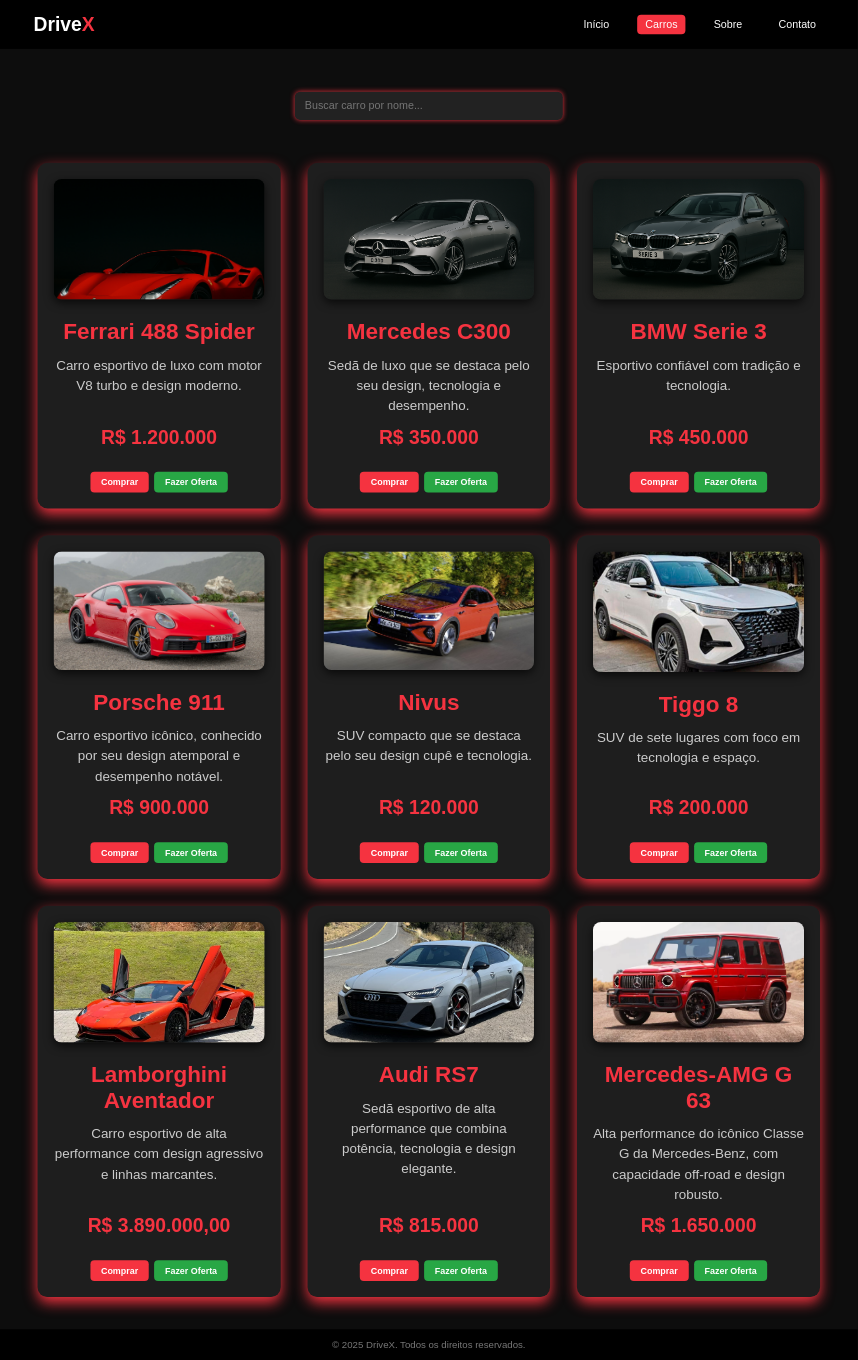
Repository: Mateushlp/DriveX
Page: carros.html
The author's editor kept a copy of each file at every save. The page is drawn from the files as they stood at one save, then again after the next save.
The browser window is 1280 px wide. The pictures show the whole page, at 67% of full size.

Above is the page before, as saved 2025-06-24 22:47:45.

### carros.html
<!DOCTYPE html>
<html lang="pt-br">
<head>
  <meta charset="UTF-8" />
  <meta name="viewport" content="width=device-width, initial-scale=1.0" />
  <title>DriveX - Carros Disponíveis</title>
  <link rel="stylesheet" href="carros.css" />
</head>
<body>
  <header>
    <div class="logo">
     <a href="./index.html">Drive<span>X</span></div></a>
    <nav>
      <ul>
        <li><a href="index.html">Início</a></li>
        <li><a href="carros.html" class="active">Carros</a></li>
        <li><a href="sobre.html">Sobre</a></li>
        <li><a href="contato.html">Contato</a></li>
      </ul>
    </nav>
  </header>

  <main>
    <section class="filtro" style="text-align:center; margin: 2rem 0;">
      <input type="text" id="filtro-carros" placeholder="Buscar carro por nome..." />
    </section>

    <section class="grid-carro">
<div class="card-carro">
  <img src="./img/ferrari.png" alt="Ferrari 488 Spider" />
  <h3>Ferrari 488 Spider</h3>
  <p>Carro esportivo de luxo com motor V8 turbo e design moderno.</p>
  <strong>R$ 1.200.000</strong>
  <div class="botoes-card">
    <button class="btn-encomenda" data-modelo="Ferrari 488 Spider">Comprar</button>
    <button class="btn-oferta" data-modelo="Ferrari 488 Spider">Fazer Oferta</button>
  </div>
</div>

<div class="card-carro">
  <img src="./img/ChatGPT Image 19 de jun. de 2025, 23_14_08.png" alt="Mercedes C300" />
  <h3>Mercedes C300</h3>
  <p>Sedã de luxo que se destaca pelo seu design, tecnologia e desempenho.</p>
  <strong>R$ 350.000</strong>
  <div class="botoes-card">
    <button class="btn-encomenda" data-modelo="Mercedes C300">Comprar</button>
    <button class="btn-oferta" data-modelo="Mercedes C300">Fazer Oferta</button>
  </div>
</div>

<div class="card-carro">
  <img src="./img/serie 3.png" alt="BMW Serie 3" />
  <h3>BMW Serie 3</h3>
  <p>Esportivo confiável com tradição e tecnologia.</p>
  <strong>R$ 450.000</strong>
  <div class="botoes-card">
    <button class="btn-encomenda" data-modelo="BMW Serie 3">Comprar</button>
    <button class="btn-oferta" data-modelo="BMW Serie 3">Fazer Oferta</button>
  </div>
</div>

<div class="card-carro">
  <img src="./img/Porsche-911.jpg" alt="911" />
  <h3>Porsche 911</h3>
  <p>Carro esportivo icônico, conhecido por seu design atemporal e desempenho notável.</p>
  <strong>R$ 900.000</strong>
  <div class="botoes-card">
    <button class="btn-encomenda" data-modelo="911">Comprar</button>
    <button class="btn-oferta" data-modelo="911">Fazer Oferta</button>
  </div>
</div>

<div class="card-carro">
  <img src="./img/nivus.jpg" alt="nivus" />
  <h3>Nivus</h3>
  <p>SUV compacto que se destaca pelo seu design cupê e tecnologia.</p>
  <strong>R$ 120.000</strong>
  <div class="botoes-card">
    <button class="btn-encomenda" data-modelo="nivus">Comprar</button>
    <button class="btn-oferta" data-modelo="nivus">Fazer Oferta</button>
  </div>
</div>

<div class="card-carro">
  <img src="./img/tiggo8pro.jpg" alt="tiggo8" />
  <h3>Tiggo 8</h3>
  <p>SUV de sete lugares com foco em tecnologia e espaço.</p>
  <strong>R$ 200.000</strong>
  <div class="botoes-card">
    <button class="btn-encomenda" data-modelo="tiggo8">Comprar</button>
    <button class="btn-oferta" data-modelo="tiggo8">Fazer Oferta</button>
  </div>
</div>

<div class="card-carro">
  <img src="./img/lamborghini.png" alt="aventador" />
  <h3>Lamborghini Aventador</h3>
  <p>Carro esportivo de alta performance com design agressivo e linhas marcantes.</p>
  <strong>R$ 3.890.000,00</strong>
  <div class="botoes-card">
    <button class="btn-encomenda" data-modelo="aventador">Comprar</button>
    <button class="btn-oferta" data-modelo="aventador">Fazer Oferta</button>
  </div>
</div>

<div class="card-carro">
  <img src="./img/audirs7.png" alt="audirs7" />
  <h3>Audi RS7</h3>
  <p>Sedã esportivo de alta performance que combina potência, tecnologia e design elegante.</p>
  <strong>R$ 815.000</strong>
  <div class="botoes-card">
    <button class="btn-encomenda" data-modelo="audirs7">Comprar</button>
    <button class="btn-oferta" data-modelo="audirs7">Fazer Oferta</button>
  </div>
</div>

<div class="card-carro">
  <img src="./img/g63.png" alt="g63" />
  <h3>Mercedes-AMG G 63</h3>
  <p>Alta performance do icônico Classe G da Mercedes-Benz, com capacidade off-road e design robusto.</p>
  <strong>R$ 1.650.000</strong>
  <div class="botoes-card">
    <button class="btn-encomenda" data-modelo="g63">Comprar</button>
    <button class="btn-oferta" data-modelo="g63">Fazer Oferta</button>
  </div>
</div>

      <!-- Adicione mais carros aqui -->
    </section>

    <!-- Modal para detalhes -->
    <div id="modal-detalhes" class="modal">
      <div class="modal-content">
        <span id="fechar-modal" class="fechar"></span>
        <h2 id="titulo-modal"></h2>
        <img id="img-modal" src="" alt="" style="max-width:100%; border-radius: 10px; margin-bottom: 1rem;" />
        <p id="descricao-modal"></p>
        <strong id="preco-modal"></strong>
      </div>
    </div>
  </main>

  <footer>
    <p>&copy; 2025 DriveX. Todos os direitos reservados.</p>
  </footer>

  <script src="carros.js"></script>
</body>
</html>

### carros.css
* {
  margin: 0;
  padding: 0;
  box-sizing: border-box;
}

body {
  font-family: 'Arial', sans-serif;
  background-color: #0d0d0d;
  color: #fff;
  min-height: 100vh;
  flex-direction: column;
}

header {
  display: flex;
  justify-content: space-between;
  align-items: center;
  padding: 20px 50px;
  background-color: #000;
}

a{
  text-decoration: none;
  color: #fff;
}

.logo {
  font-size: 1.8rem;
  font-weight: bold;
}

.logo span {
  color: #f53340;
}

nav ul {
  list-style: none;
  display: flex;
  gap: 30px;
}

nav a {
  color: #fff;
  text-decoration: none;
  font-size: 1rem;
}


.logo {
  font-size: 1.8rem;
  font-weight: bold;
  color: #fff;
}

.logo span {
  color: #f53340;
}

nav ul {
  list-style: none;
  display: flex;
  gap: 30px;
}

nav a {
  color: #fff;
  text-decoration: none;
  font-size: 1rem;
  padding: 6px 12px;
  border-radius: 6px;
  transition: background-color 0.3s ease;
}

nav a:hover,
nav a.active {
  background-color: #f53340;
  color: #fff;
}

main {
  display: grid;
  grid-template-columns: 2fr;
    padding: 2rem;
    gap: 2rem;
  padding: 2rem 1rem 3rem;
  max-width: 1200px;
  margin: 0 auto;
}


.filtro {
  text-align: center;
  margin-bottom: 3rem;
}

.filtro input[type="text"] {
  width: 90%;
  max-width: 400px;
  padding: 12px 15px;
  font-size: 1rem;
  border-radius: 8px;
  border: none;
  outline: none;
  box-shadow: 0 0 8px #f53340;
  background-color: #222;
  color: #fff;
  transition: box-shadow 0.3s ease;
}

.filtro input[type="text"]:focus {
  box-shadow: 0 0 15px #f53340;
}

.grid-carro {
  display: grid;
  grid-template-columns: repeat(auto-fill, minmax(320px, 1fr));
  gap: 2.5rem;
}

.card-carro {
  background: #1e1e1e;
  padding: 1.5rem;
  border-radius: 15px;
  box-shadow: 0 8px 20px #f53340;
  transition: transform 0.3s ease, box-shadow 0.3s ease;
  display: flex;
  flex-direction: column;
  align-items: center;
  height: 100%;
}

.card-carro:hover {
  transform: translateY(-8px);
  box-shadow: 0 12px 35px #f53340;
}

.card-carro img {
  width: 100%;
  max-height: 180px;
  object-fit: cover;
  border-radius: 12px;
  margin-bottom: 1.2rem;
  box-shadow: 0 5px 15px rgba(0,0,0,0.7);
}

.card-carro h3 {
  font-size: 2.1rem;
  color: #f53340;
  margin-top: 0.6rem;
  text-align: center;
}

.card-carro p {
  font-size: 1.25rem;
  line-height: 1.5;
  color: #ccc;
  margin-top: 1rem;
  flex-grow: 1;
  text-align: center;
}

.card-carro strong {
  font-size: 1.8rem;
  color: #f53340;
  margin: 1rem 0 1.2rem 0;
  font-weight: 900;
}


.botoes-card {
  display: flex;
  gap: 0.5rem;
  margin-top: 1rem;
}

.botoes-card button {
  padding: 0.5rem 1rem;
  border: none;
  cursor: pointer;
  border-radius: 6px;
  font-weight: bold;
  transition: background 0.3s;
}

.btn-encomenda {
  background-color: #f53340;
  color: white;
}

.btn-encomenda:hover {
  background-color: #f53340;
}

.btn-oferta {
  background-color: #28a745;
  color: white;
}

.btn-oferta:hover {
  background-color: #1e7e34;
}


.modal {
  display: none;
  position: fixed;
  z-index: 9999;
  left: 0;
  top: 0;
  width: 100%;
  height: 100%;
  background-color: rgba(18, 18, 18, 0.85);
  justify-content: center;
  align-items: center;
  overflow-y: auto;
  padding: 2rem 1rem;
}

.modal.show {
  display: flex;
}

.modal-content {
  background: #2a2a2a;
  padding: 2.5rem;
  border-radius: 20px;
  max-width: 600px;
  text-align: center;
  box-shadow: 0 10px 40px #f53340;
  color: #fff;
  position: relative;
}

.fechar {
  position: absolute;
  top: 20px;
  right: 25px;
  font-size: 2.6rem;
  cursor: pointer;
  color: #f53340;
  transition: color 0.3s ease;
}

.fechar:hover {
  color: #f53340;
}

/* Footer */
footer {
  background-color: #000;
  text-align: center;
  padding: 15px 0;
  color: #777;
  font-size: 0.9rem;
  margin-top: auto;
}

### carros.js
// Filtro de busca
const inputFiltro = document.getElementById('filtro-carros');
const cards = document.querySelectorAll('.card-carro');

inputFiltro.addEventListener('input', function () {
  const termo = this.value.toLowerCase();

  cards.forEach((card) => {
    const nomeCarro = card.querySelector('h3').textContent.toLowerCase();
    if (nomeCarro.includes(termo)) {
      card.style.display = 'block';
    } else {
      card.style.display = 'none';
    }
  });
});

// Modal de detalhes (se quiser manter)
const botoesDetalhes = document.querySelectorAll('.btn-detalhes');
const modal = document.getElementById('modal-detalhes');
const tituloModal = document.getElementById('titulo-modal');
const imgModal = document.getElementById('img-modal');
const descricaoModal = document.getElementById('descricao-modal');
const precoModal = document.getElementById('preco-modal');
const fecharModal = document.getElementById('fechar-modal');

if (botoesDetalhes) {
  botoesDetalhes.forEach((btn) => {
    btn.addEventListener('click', () => {
      const card = btn.closest('.card-carro');
      const nome = card.querySelector('h3').textContent;
      const imagem = card.querySelector('img').src;
      const descricao = card.querySelector('p').textContent;
      const preco = card.querySelector('strong').textContent;

      tituloModal.textContent = nome;
      imgModal.src = imagem;
      imgModal.alt = nome;
      descricaoModal.textContent = descricao;
      precoModal.textContent = preco;

      modal.classList.add('show');
    });
  });

  fecharModal.addEventListener('click', () => {
    modal.classList.remove('show');
  });

  window.addEventListener('click', (event) => {
    if (event.target === modal) {
      modal.classList.remove('show');
    }
  });
}

// Botão ENCOMENDAR (Comprar)
const botoesEncomenda = document.querySelectorAll('.btn-encomenda');

botoesEncomenda.forEach((btn) => {
  btn.addEventListener('click', () => {
    const modelo = btn.getAttribute('data-modelo');
    alert(`✅ Pedido registrado para o modelo: ${modelo}. Em breve entraremos em contato.`);
  });
});

// Botão FAZER OFERTA -> Redireciona para página de contato com modelo no link
const botoesOferta = document.querySelectorAll('.btn-oferta');

botoesOferta.forEach((btn) => {
  btn.addEventListener('click', () => {
    const modelo = btn.getAttribute('data-modelo');
    const url = `contato.html?modelo=${encodeURIComponent(modelo)}`;
    window.location.href = url;
  });
});

After the next save:
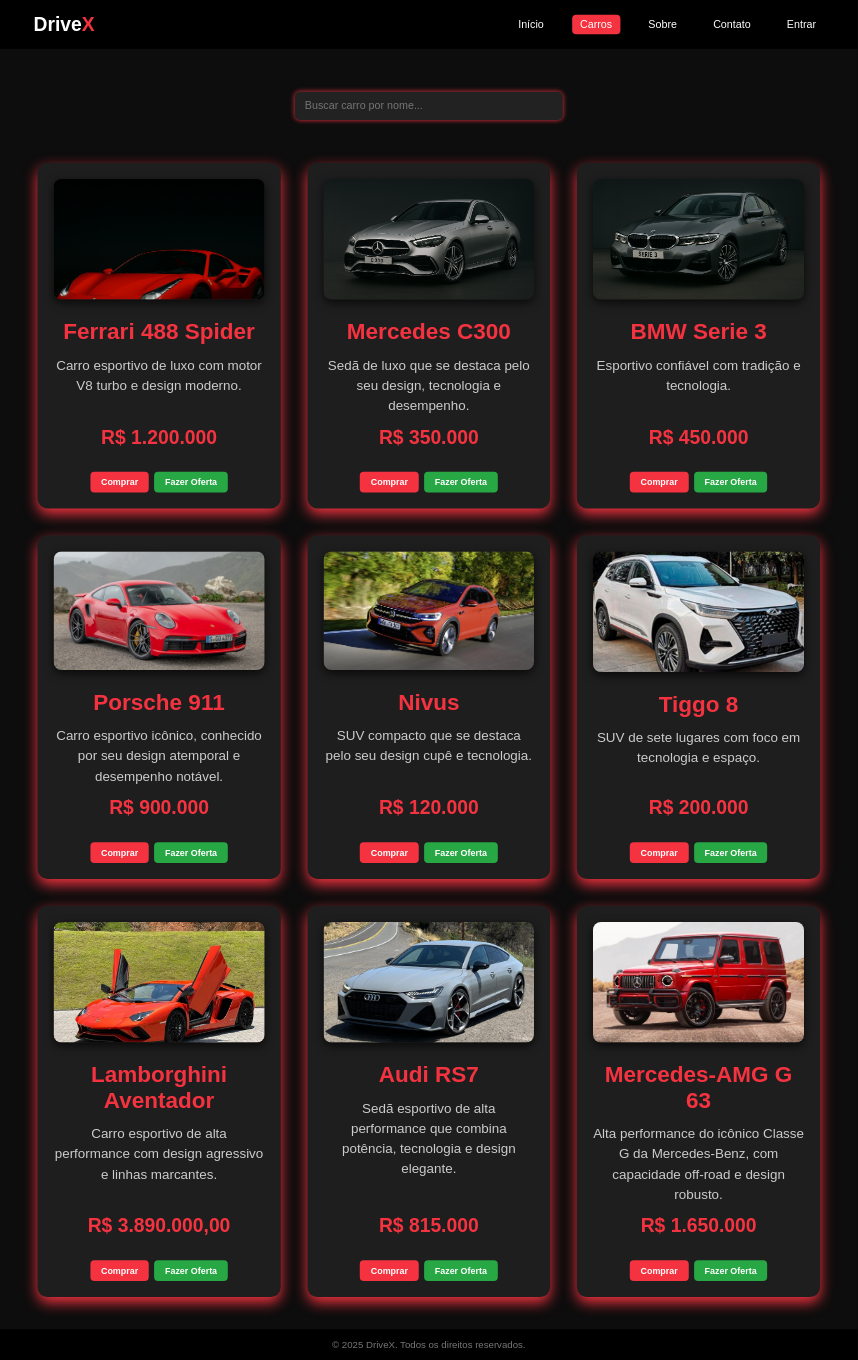
Saved 10 s later.
--- a/carros.html
+++ b/carros.html
@@ -7,18 +7,22 @@
   <link rel="stylesheet" href="carros.css" />
 </head>
 <body>
-  <header>
-    <div class="logo">
-     <a href="./index.html">Drive<span>X</span></div></a>
-    <nav>
-      <ul>
-        <li><a href="index.html">Início</a></li>
-        <li><a href="carros.html" class="active">Carros</a></li>
-        <li><a href="sobre.html">Sobre</a></li>
-        <li><a href="contato.html">Contato</a></li>
-      </ul>
-    </nav>
-  </header>
+ <header>
+  <div class="logo">
+    <a href="./index.html">Drive<span>X</span></a>
+  </div>
+  <nav>
+    <ul id="menu-principal">
+      <li><a href="index.html">Início</a></li>
+      <li><a href="carros.html" class="active">Carros</a></li>
+      <li><a href="sobre.html">Sobre</a></li>
+      <li><a href="contato.html">Contato</a></li>
+      <li id="link-login"><a href="login.html">Entrar</a></li>
+      <li id="link-area" style="display:none;"><a href="area-restrita.html">Área Restrita</a></li>
+      <li id="btn-logout" style="display:none;"><button>Sair</button></li>
+    </ul>
+  </nav>
+</header>
 
   <main>
     <section class="filtro" style="text-align:center; margin: 2rem 0;">
